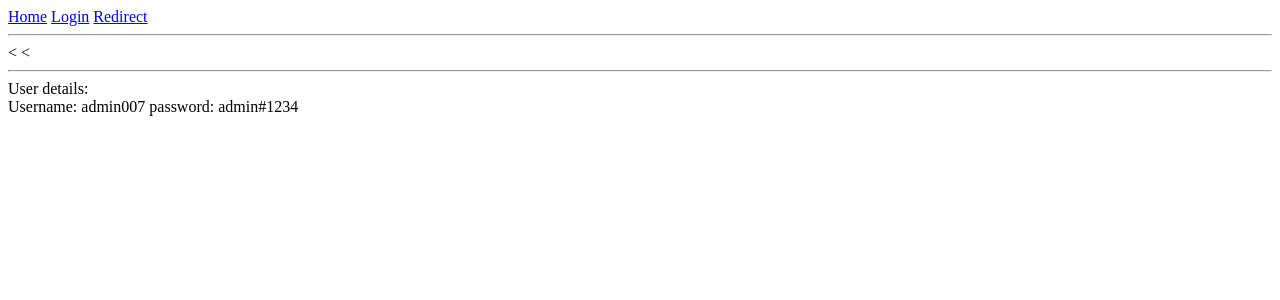
Repository: Gurudutt-S/cts-training
Page: http://localhost/ImplicitObjects/actions.jsp
An editor plug-in stored every save of this project. The page is shown before and after the next save, followed by the edit.
The browser window is 1280 px wide. The pictures show the whole page.
The page is served by Tomcat 9.

Above is the page before, as saved 2020-02-05 06:52:11.

After the next save:
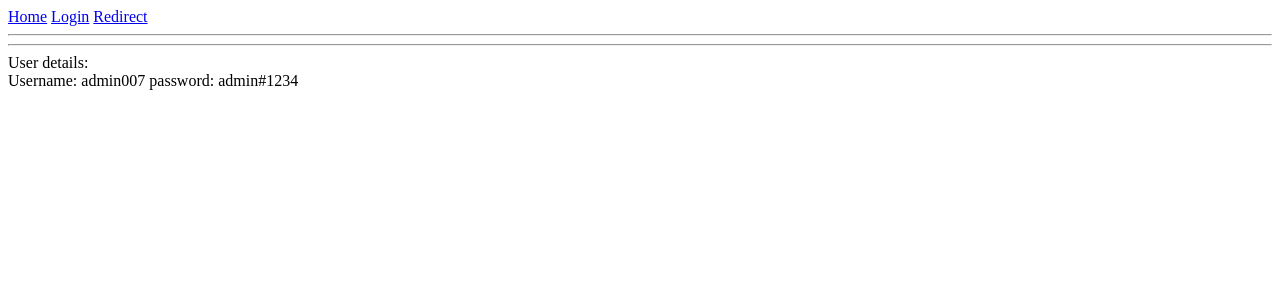
Saved 64 s later.
--- a/Day_30/ImplicitObjects/WebContent/actions.jsp
+++ b/Day_30/ImplicitObjects/WebContent/actions.jsp
@@ -1,10 +1,10 @@
 <%@ include file="header.jsp"%>
 
-<<jsp:useBean id="user" class="com.cts.training.bean.LoginBean"
+<jsp:useBean id="user" class="com.cts.training.bean.LoginBean"
 	scope="page">
 </jsp:useBean>
 <jsp:setProperty property="username" name="user" value="admin007" />
-<<jsp:setProperty property="password" name="user" value="admin#1234" />
+<jsp:setProperty property="password" name="user" value="admin#1234" />
 
 <hr>
 User details:
